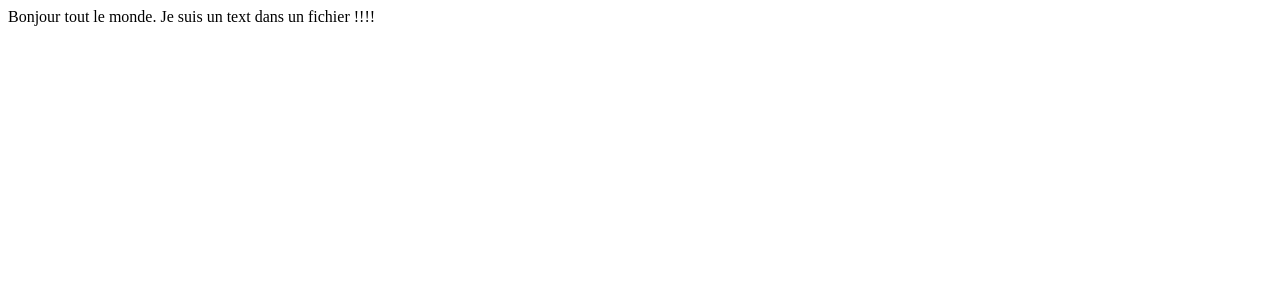
Repository: FS-23/php-getstarted
Page: http://localhost/demo.php
An editor plug-in stored every save of this project. The page is shown before and after the next save, followed by the edit.
The browser window is 1280 px wide. The pictures show the whole page.
The page is run by PHP 8.4 with error messages shown; the project is at /var/www/html/.

Above is the page before, as saved 2022-05-30 10:43:56.

After the next save:
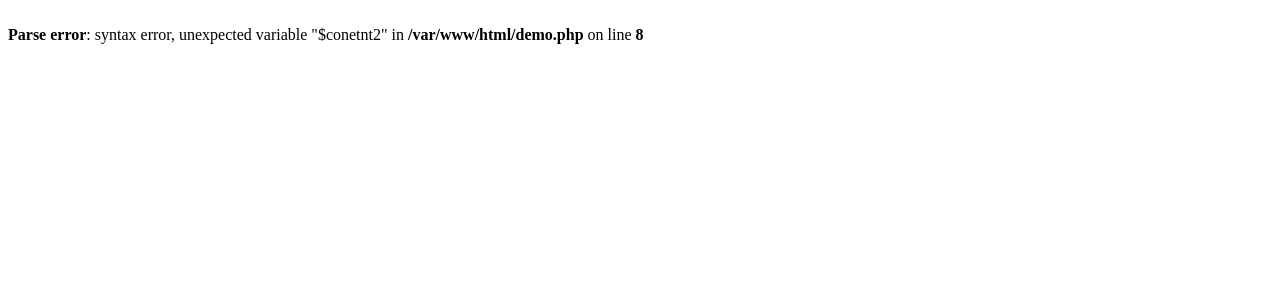
Saved 6 min 1 s later.
--- a/demoAPP/demo.php
+++ b/demoAPP/demo.php
@@ -1,11 +1,13 @@
 <?php
-    $content =  file_get_contents('./datas/files/test.txt');
 
+    $horraires = [
+       "12:30 - 15:20",
+       "16:00 - 18:00"
+    ]
 
     $conetnt2 = "Au revoir a demain";
 
-    file_put_contents('./datas/files/test2.txt', $conetnt2);
+    file_put_contents('./datas/files/test2.txt', serialize(horraires);
 
-    echo $content;
 
 ?>
